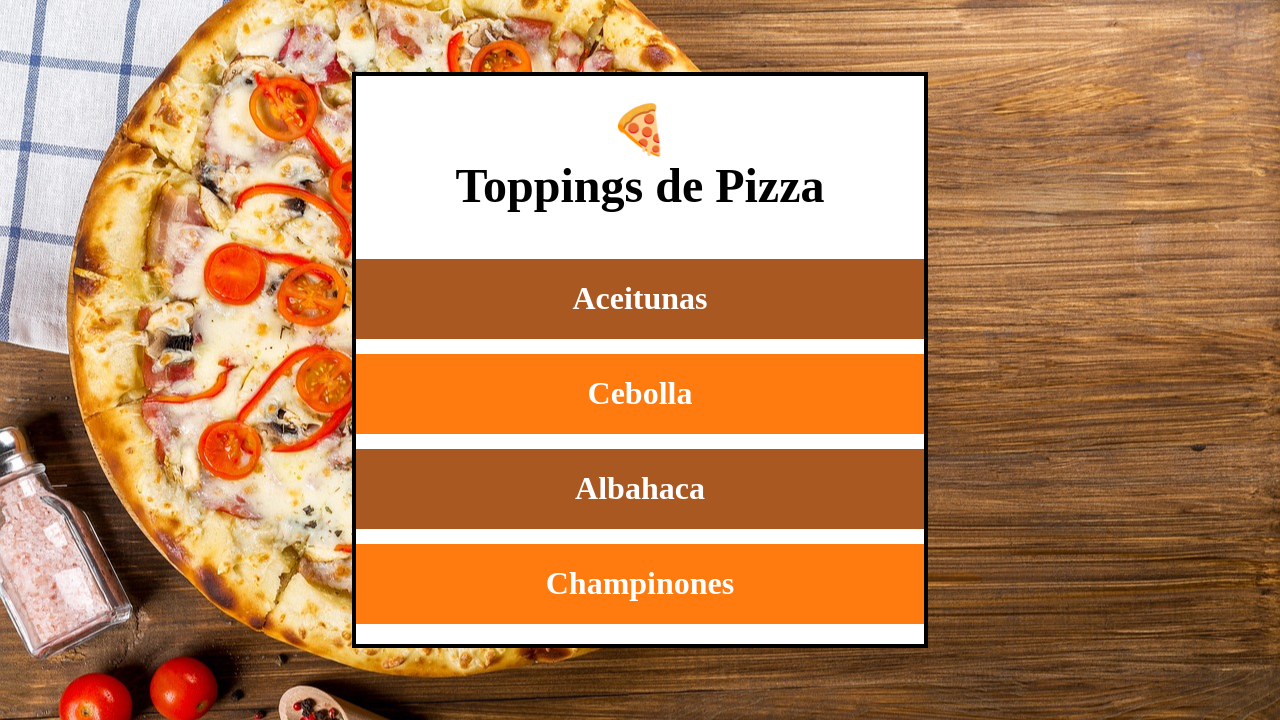
Repository: JoyMoGas/javascript-learn
Page: toppings-de-pizza/index.html
An editor plug-in stored every save of this project. The page is shown before and after the next save, followed by the edit.
The browser window is 1280 px wide. The pictures show the whole page.

Above is the page before, as saved 2024-05-08 22:02:25.

After the next save:
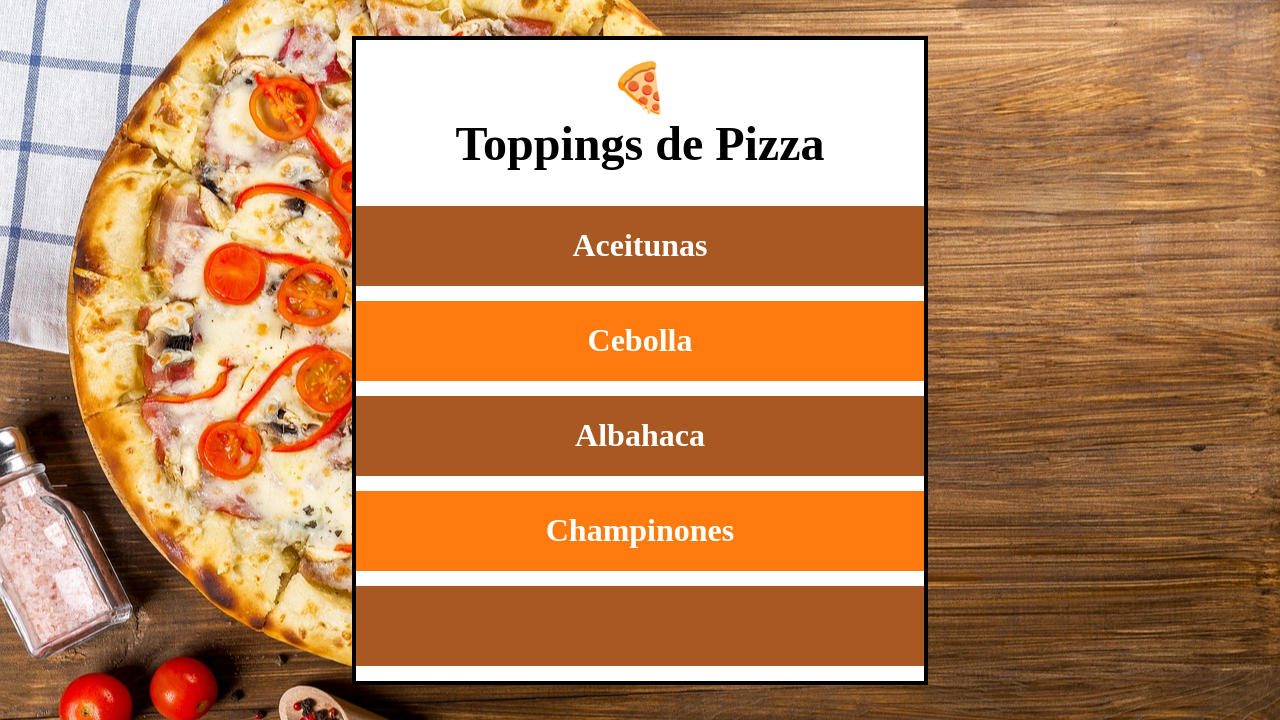
Saved 2 min 59 s later.
--- a/toppings-de-pizza/app.js
+++ b/toppings-de-pizza/app.js
@@ -44,3 +44,14 @@
 console.log(primerTopping.classList);
 
 */
+
+/*
+* Agregar un elemento
+*/
+const listaDeToppings = document.getElementById('lista-toppings');
+
+const toppingNuevo = document.createElement('li');
+
+toppingNuevo.classList.add('topping', 'fondo-marron')
+
+listaDeToppings.append(toppingNuevo);
